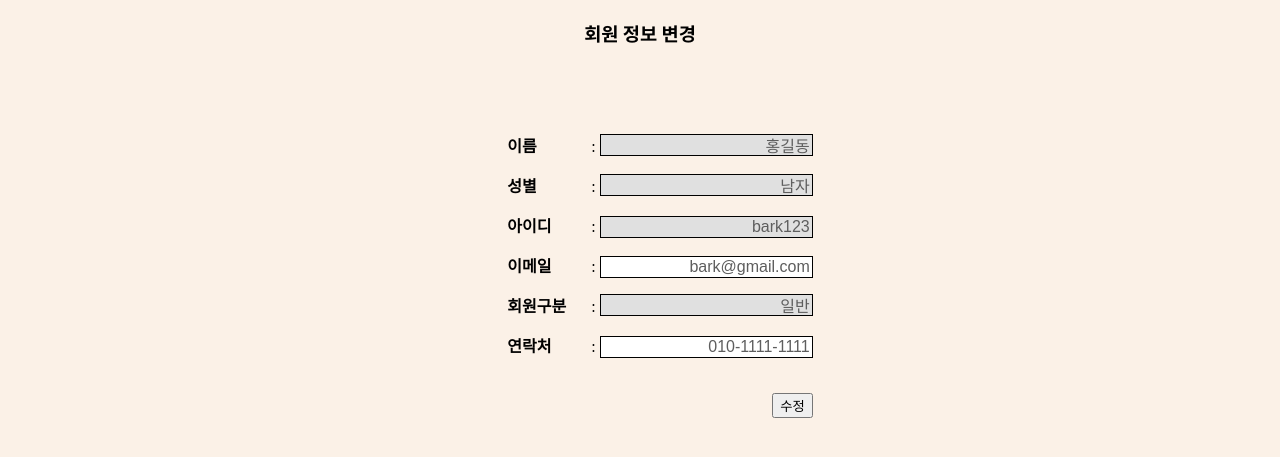
Repository: jngwk/Project-Bark
Page: http://localhost/Bark/include/memberInfo.jsp
These files come from the project's save history. The page is drawn as it stood at one moment and after the next save; the edit follows.
The browser window is 1280 px wide. The pictures show the whole page.
The page is served by Tomcat 9. Other server files are loaded and not shown.

Above is the page before, as saved 2024-03-26 07:59:28.

### java_workspace/Bark/src/main/webapp/include/memberInfo.jsp
<%@ page language="java" contentType="text/html; charset=UTF-8"
    pageEncoding="UTF-8"%>
<!DOCTYPE html>
<html>
<head>
<meta charset="UTF-8">
<title>header</title>
<link rel="preconnect" href="https://fonts.googleapis.com">
<link rel="preconnect" href="https://fonts.gstatic.com" crossorigin>
<link href="https://fonts.googleapis.com/css2?family=Noto+Sans+KR:wght@100..900&display=swap" rel="stylesheet">
<link rel="stylesheet" href="./css/memberInfo.css"/>

</head>
<!--  이름 성별 아이디 이메일 회원구분 연락처 연락처2-->
<body style="background: rgb(251, 241, 231)">
	<h3 id="info_header">회원 정보 변경</h3>
		<div class = "main_info">
			<ul class = "infolist">
				<li><span class="label-text">이름</span> :
				<input class="profile" type="text" data-text-content="true"
				value="홍길동" readonly></li>

				<li><span class="label-text">성별</span> :
				<input class="profile" type="text" data-text-content="true"
				value="남자" readonly></li>

				<li><span class="label-text">아이디</span> :
				<input class="profile" type="text" data-text-content="true"
				value="bark123" readonly></li>

				<li><span class="label-text">이메일</span> :
				<input class="profile1" type="text" data-text-content="true"
				value="bark@gmail.com" ></li>

				<li><span class="label-text">회원구분</span> :
				<input class="profile" type="text" data-text-content="true"
				value="일반" readonly></li>

				<li><span class="label-text">연락처</span> :
				<input class="profile1" type="text" data-text-content="true"
				value="010-1111-1111" ></li>
				<li class="align-right">
				<input type="submit" value="수정" style="margin-left: 150px">
				</li>
			</ul>
		</div>
</body>
</html>

### java_workspace/Bark/src/main/webapp/css/memberInfo.css
@charset "UTF-8";
.container{
	position: absolute;
	top: 150px;
}
#info_header{
    position:relative;
    height:50px;
    font-family: "Noto Sans KR", sans-serif;
	font-optical-sizing: auto;
	font-weight: bold;
	font-style: normal;
	text-align: center; /* 중앙 정렬 */
	padding-bottom: 30px;
}
input.profile[type="text"] {
    border: 1px solid black; /* 테두리 스타일 변경 */
    color: rgb(94, 94, 94);
	text-align: right;
	background-color: rgb(224, 224, 224);
	font-size: 16px;
}

input.profile[type="text"]:focus {
    outline: none; /* 클릭했을 때 테두리 스타일 변경 */
}
input.profile1[type="text"] {
    border: 1px solid black; /* 테두리 스타일 변경 */
    color: rgb(94, 94, 94);
	text-align: right;
	background-color: white;
	font-size: 16px;
}

input.profile1[type="text"]:focus {
    outline: none; /* 클릭했을 때 테두리 스타일 변경 */
}
ul {
    list-style-type: none; /* 불릿 제거 */
}
.label-text {
    display: inline-block;
    width: 80px; /* 고정 너비 설정 */
    font-size: 16px;
    padding-bottom: 16px;
    font-weight: 700;

}

.main_info {
    min-width:300px;
    display: flex;
    flex-direction: column;
    justify-content: center;
    align-items: center;
}
.infolist {
    align-items: center;
    justify-content: center;
}

.align-right {
    text-align: right;
    padding-top: 20px;
}

After the next save:
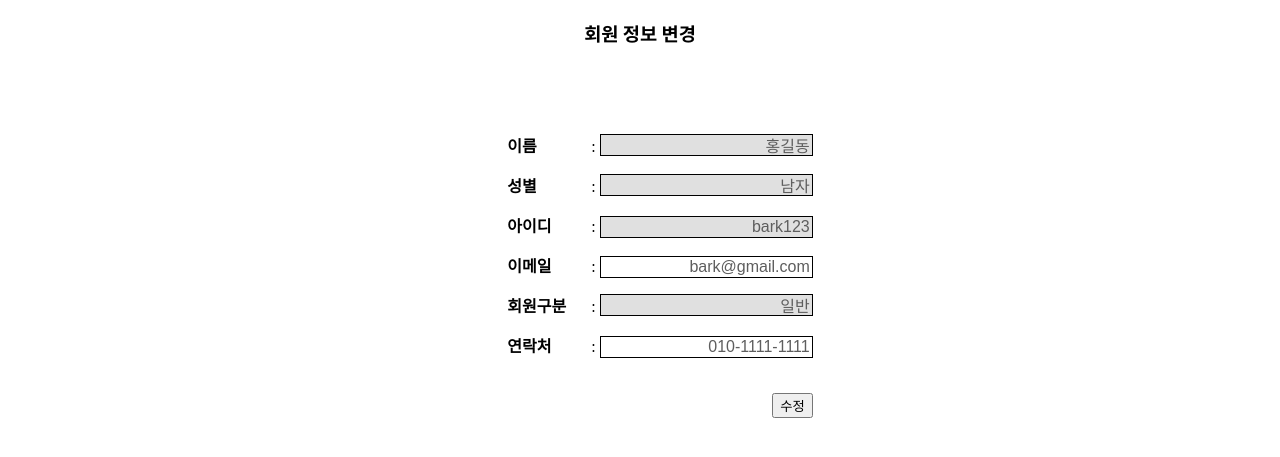
Saved 38 s later.
--- a/java_workspace/Bark/src/main/webapp/include/memberInfo.jsp
+++ b/java_workspace/Bark/src/main/webapp/include/memberInfo.jsp
@@ -12,7 +12,7 @@
 
 </head>
 <!--  이름 성별 아이디 이메일 회원구분 연락처 연락처2-->
-<body style="background: rgb(251, 241, 231)">
+<body>
 	<h3 id="info_header">회원 정보 변경</h3>
 		<div class = "main_info">
 			<ul class = "infolist">
